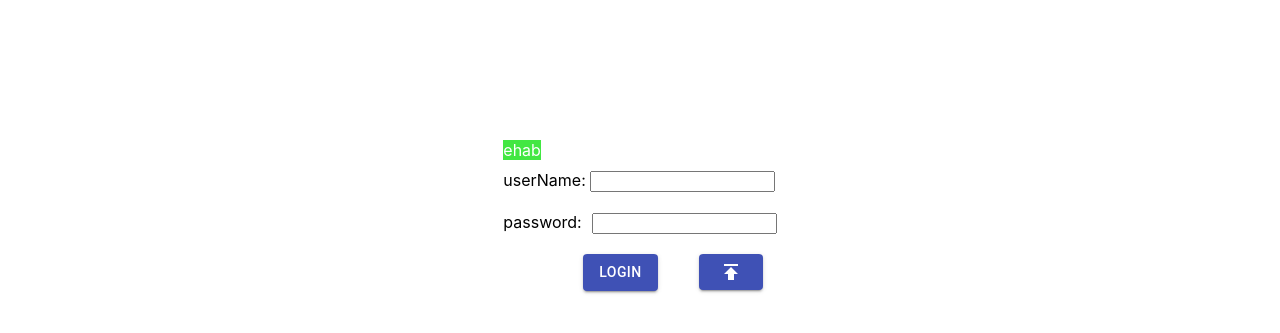
Repository: ehabmelhem/Demotweet-app
Page: /signup
These files come from the project's save history. The page is drawn as it stood at one moment and after the next save; the edit follows.
The browser window is 1280 px wide. The pictures show the whole page.
The project was rebuilt for these pictures with package versions that can differ from the ones it lists, and the page was loaded fresh each time. Also part of the build but not shown: src/Login.js.

Above is the page before, as saved 2021-01-24 01:52:28.

### src/App.js
import React from "react";
import Login from "./Login";
import { useState } from "react";
import SignUp from "./SignUp";

function App() {
  const [users, setUsers] = useState([
    { username: "ehab", password: "123" },
    { username: "abc", password: "13" },
    { username: "abcd", password: "12" },
    { username: "efg", password: "1234" },
  ]);
  return (
    <div className="app">
      {/* LogIn */}
      {/* <Login users={users} /> */}
      {/* Sign Up */}
      <SignUp users={users} setUsers={setUsers} />
    </div>
  );
}

export default App;

### src/SignUp.js
import React from "react";
import "./SignUp.css";
import Icon from "@material-ui/core/Icon";
import Button from "@material-ui/core/Button";
import PublishIcon from "@material-ui/icons/Publish";
import Snackbar from "@material-ui/core/Snackbar";
import MuiAlert from "@material-ui/lab/Alert";
function Alert(props) {
  return <MuiAlert elevation={6} variant="filled" {...props} />;
}
function SignUp({ users, setUsers }) {
  const [open, setOpen] = React.useState(false);

  const handleClick = () => {
    setOpen(true);
  };
  const handleClose = (event, reason) => {
    if (reason === "clickaway") {
      return;
    }

    setOpen(false);
  };
  return (
    <div className="signUp">
      <label className="messege__success">ehab</label>
      <br />
      <label>userName: </label>
      <input type="text" />
      <br />
      <br />
      <label>password:</label>
      <input className="pass" type="text" />
      <br />
      <div className="groub__buttons">
        <Button className="btn_groub" variant="contained" color="primary">
          Login
        </Button>
        <Button
          onClick={handleClick}
          className="btn_groub"
          variant="contained"
          color="primary"
        >
          <PublishIcon />
        </Button>
        <Snackbar open={open} autoHideDuration={6000} onClose={handleClose}>
          <Alert onClose={handleClose} severity="success">
            This is a success message!
          </Alert>
        </Snackbar>
      </div>
    </div>
  );
}

export default SignUp;

### src/Login.css
.login {
  width: fit-content;
  margin: 0 auto;
  position: relative;
  top: 150px;
}
.pass {
  margin-left: 8px;
}
/* .login__div {
  position: relative;
  left: 30px;

  width: fit-content;
  margin: 0 auto;
} */
.btn {
  position: relative;
  top: 10px;
  width: 100%;
}
.send__icon {
  position: relative;
  left: 20px;
}

### src/SignUp.css
.signUp {
  width: fit-content;
  margin: 0 auto;
  position: relative;
  top: 150px;
}
.pass {
  margin-left: 10px;
}
.groub__buttons {
  position: relative;
  top: 20px;
  left: 80px;
  width: 180px !important;
  display: flex;
  align-items: center;
  justify-content: space-between !important;
}
.btn_groub {
  border-radius: 999px;
}
.messege__success {
  position: relative;
  bottom: 10px;
  width: 300px;
  color: white;
  background-color: rgb(66, 231, 66);
}

Loaded but not shown: public/index.html (common file); src/index.js (common file); src/index.css (common file); src/reportWebVitals.js (common file)

After the next save:
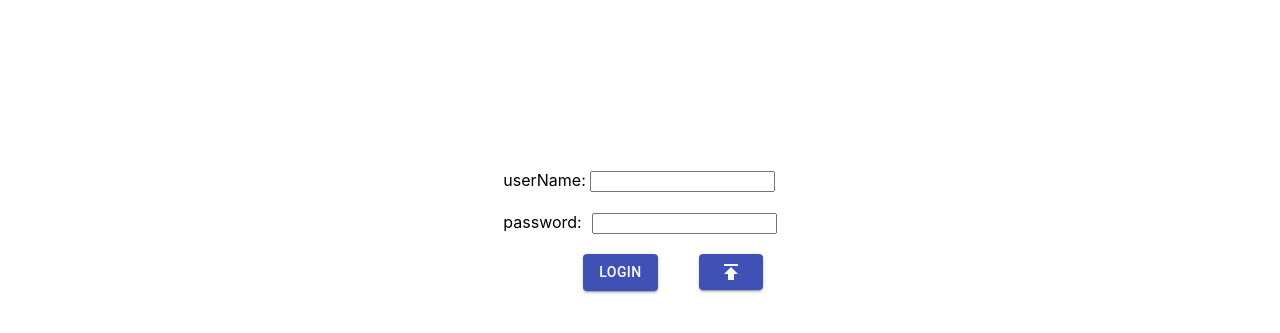
Saved 10 s later.
--- a/src/SignUp.js
+++ b/src/SignUp.js
@@ -23,7 +23,6 @@ function SignUp({ users, setUsers }) {
   };
   return (
     <div className="signUp">
-      <label className="messege__success">ehab</label>
       <br />
       <label>userName: </label>
       <input type="text" />
